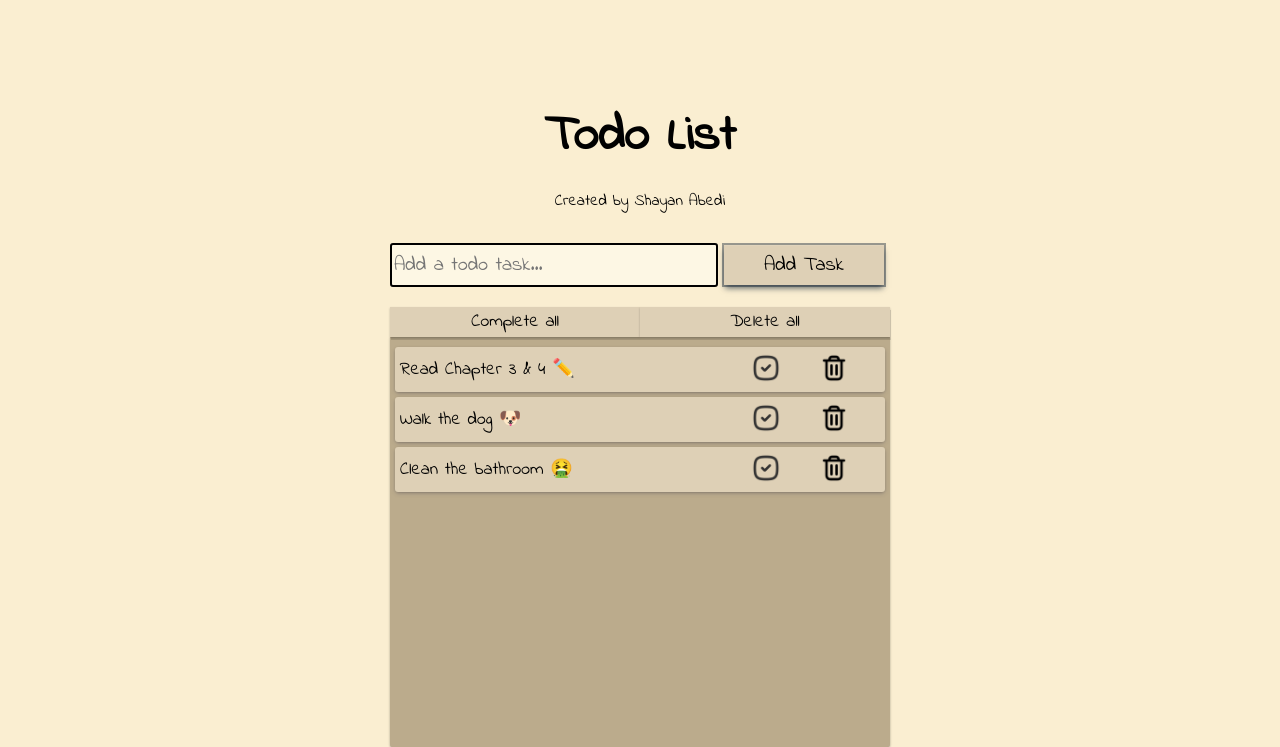
Repository: shayanabedi98/todo-list
Page: /
The author's editor kept a copy of each file at every save. The page is drawn from the files as they stood at one save, then again after the next save.
The browser window is 1280 px wide. The pictures show the whole page.
The project was rebuilt for these pictures with package versions that can differ from the ones it lists, and the page was loaded fresh each time. Also part of the build but not shown: vite.config.js.

Above is the page before, as saved 2023-12-30 20:24:03.

After the next save:
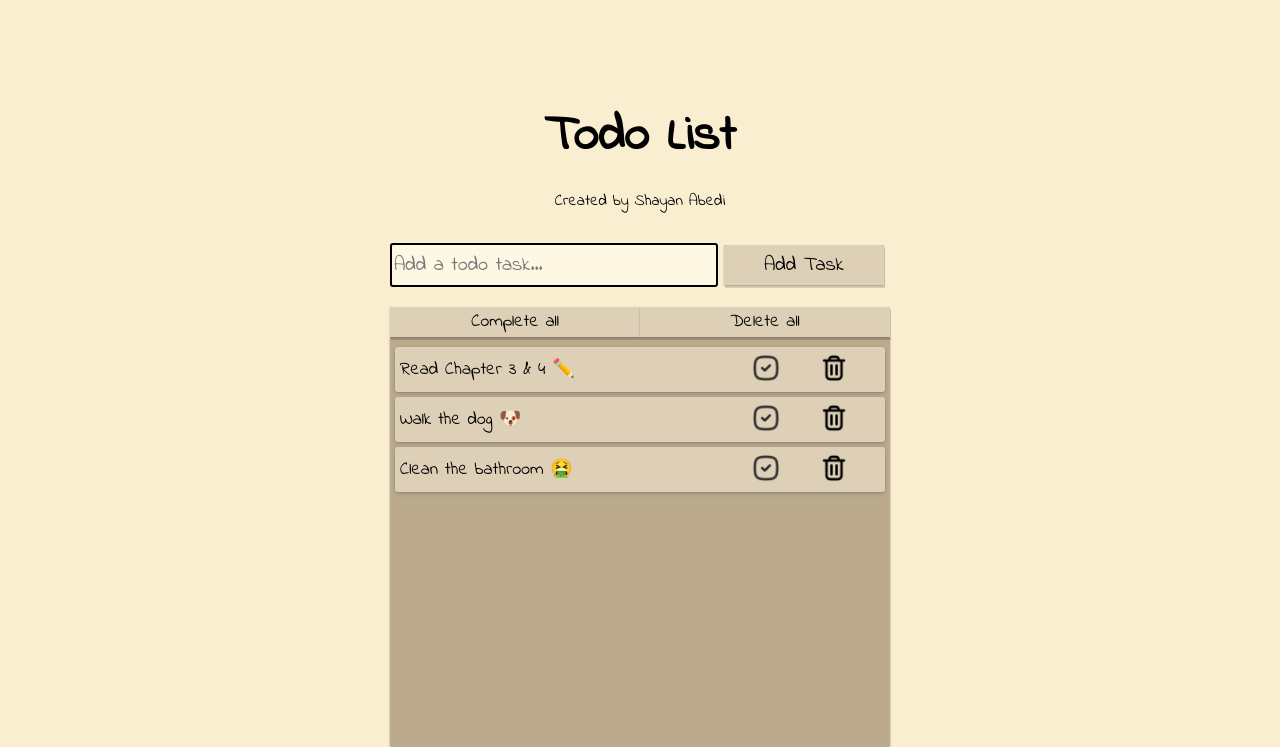
Saved 29 s later.
--- a/src/index.css
+++ b/src/index.css
@@ -37,9 +37,7 @@ h1 {
   height: 40px;
   width: 160px;
   font-size: 20px;
-  box-shadow: rgba(6, 24, 44, 0.4) 0px 0px 0px 2px,
-    rgba(6, 24, 44, 0.65) 0px 4px 6px -1px,
-    rgba(255, 255, 255, 0.08) 0px 1px 0px inset;
+  box-shadow: rgba(0, 0, 0, 0.12) 1px 3px, rgba(0, 0, 0, 0.24) 0px 1px 2px;
   cursor: pointer;
 }
 
